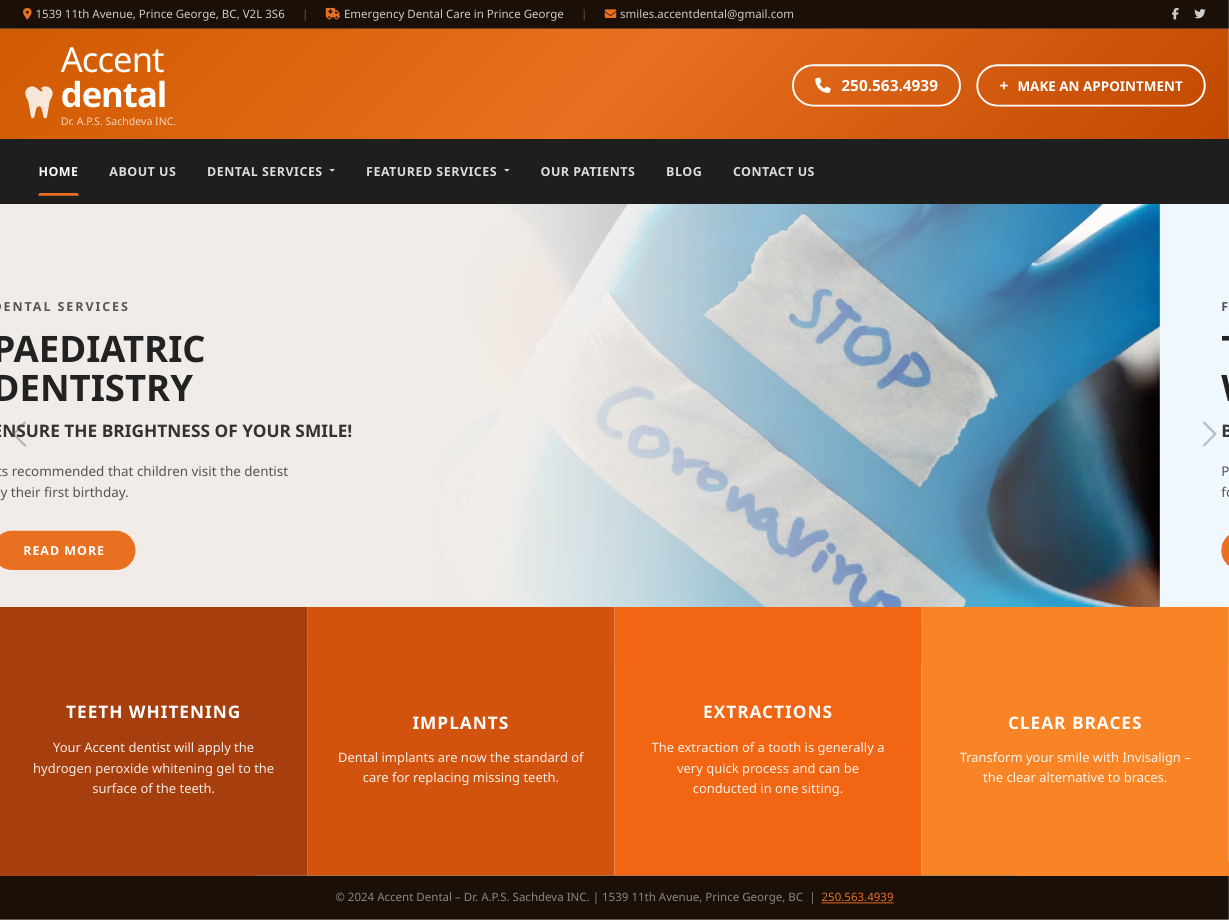
Repository: LaavKush/Dentofy
Page: index.html
These files come from the project's save history. The page is drawn as it stood at one moment and after a run of saves; the edit follows.
The browser window is 1280 px wide. The pictures show the whole page, at 96% of full size.

Above is the page before, as saved 2026-06-27 22:19:39.

### index.html
<!DOCTYPE html>
<html lang="en">
<head>
  <meta charset="UTF-8" />
  <meta name="viewport" content="width=device-width, initial-scale=1.0"/>
  <title>Accent Dental – Dr. A.P.S. Sachdeva INC.</title>
  <link rel="stylesheet" href="https://cdnjs.cloudflare.com/ajax/libs/bootstrap/5.3.2/css/bootstrap.min.css"/>
  <link rel="stylesheet" href="https://cdnjs.cloudflare.com/ajax/libs/font-awesome/6.5.0/css/all.min.css"/>
  <link rel="stylesheet" href="assets/css/style.css">
</head>
<body>

<!-- ══════════ TOP BAR ══════════ -->
<div class="top-bar">
  <div class="container-fluid px-3 px-md-4">
    <div class="d-flex align-items-center justify-content-between flex-wrap gap-2">
      <div class="d-flex align-items-center gap-1 flex-wrap">
        <i class="fas fa-location-dot" style="color:#e87020"></i>
        <span>1539 11th Avenue, Prince George, BC, V2L 3S6</span>
        <span class="sep d-none d-md-inline">|</span>
        <i class="fas fa-ambulance d-none d-md-inline" style="color:#e87020"></i>
        <span class="d-none d-md-inline">Emergency Dental Care in Prince George</span>
        <span class="sep d-none d-md-inline">|</span>
        <i class="fas fa-envelope d-none d-md-inline" style="color:#e87020"></i>
        <span class="d-none d-md-inline">smiles.accentdental@gmail.com</span>
      </div>
      <div class="d-flex gap-3">
        <a href="#"><i class="fab fa-facebook-f"></i></a>
        <a href="#"><i class="fab fa-twitter"></i></a>
      </div>
    </div>
  </div>
</div>

<!-- ══════════ MAIN HEADER ══════════ -->
<header class="main-header">
  <div class="container-fluid px-3 px-md-4">
    <div class="d-flex align-items-center justify-content-between flex-wrap gap-3">
      <!-- Logo -->
      <div class="logo-wrap">
        <div class="logo-icon"><i class="fas fa-tooth"></i></div>
        <div>
          <div class="logo-text"><span>Accent</span><br>dental</div>
          <div class="logo-subtitle">Dr. A.P.S. Sachdeva INC.</div>
        </div>
      </div>
      <!-- CTA buttons -->
      <div class="d-flex align-items-center gap-3 flex-wrap">
        <a href="tel:2505634939" class="btn btn-phone"><i class="fas fa-phone"></i> 250.563.4939</a>
        <a href="#" class="btn btn-appt"><span style="font-size:16px;margin-right:6px">+</span> MAKE AN APPOINTMENT</a>
      </div>
    </div>
  </div>
</header>

<!-- ══════════ NAVBAR ══════════ -->
<nav class="main-nav navbar navbar-expand-lg">
  <div class="container-fluid px-3 px-md-4">
    <button class="navbar-toggler" type="button"
      data-bs-toggle="collapse" data-bs-target="#mainMenu"
      aria-controls="mainMenu" aria-expanded="false" aria-label="Toggle navigation">
      <span class="navbar-toggler-icon"></span>
    </button>
    <div class="collapse navbar-collapse" id="mainMenu">
      <ul class="navbar-nav me-auto">
        <li class="nav-item active">
          <a class="nav-link active" href="#">HOME</a>
        </li>
        <li class="nav-item">
          <a class="nav-link" href="#">ABOUT US</a>
        </li>
        <!-- Dental Services dropdown -->
        <li class="nav-item dropdown">
          <a class="nav-link dropdown-toggle" href="#" role="button"
            data-bs-toggle="dropdown" aria-expanded="false">
            DENTAL SERVICES
          </a>
          <ul class="dropdown-menu">
            <li><a class="dropdown-item" href="#">Cleaning & Prevention</a></li>
            <li><a class="dropdown-item" href="#">Restorative Dentistry</a></li>
            <li><a class="dropdown-item" href="#">Cosmetic Dentistry</a></li>
            <li><a class="dropdown-item" href="#">Paediatric Dentistry</a></li>
            <li><a class="dropdown-item" href="#">Periodontal Treatment</a></li>
            <li><a class="dropdown-item" href="#">Oral Surgery</a></li>
            <li><a class="dropdown-item" href="#">Dental Emergencies</a></li>
          </ul>
        </li>
        <!-- Featured Services dropdown -->
        <li class="nav-item dropdown">
          <a class="nav-link dropdown-toggle" href="#" role="button"
            data-bs-toggle="dropdown" aria-expanded="false">
            FEATURED SERVICES
          </a>
          <ul class="dropdown-menu">
            <li><a class="dropdown-item" href="#">3DNG PMMA NIGHTGUARD</a></li>
            <li><a class="dropdown-item" href="#">Teeth Whitening</a></li>
            <li><a class="dropdown-item" href="#">Dental Diamonds</a></li>
            <li><a class="dropdown-item" href="#">Dental Implants</a></li>
            <li><a class="dropdown-item" href="#">Laser Dentistry</a></li>
            <li><a class="dropdown-item" href="#">Veneers</a></li>
            <li><a class="dropdown-item" href="#">Clear Braces</a></li>
            <li><a class="dropdown-item" href="#">BOTOX® Cosmetic Dentistry</a></li>
            <li><a class="dropdown-item" href="#">TMD, Headaches, and Chronic Head &amp; Neck Pain</a></li>
            <li><a class="dropdown-item" href="#">3D Imaging</a></li>
            <li><a class="dropdown-item" href="#">Anesthetic Reversal</a></li>
            <li><a class="dropdown-item" href="#">Diagnodent</a></li>
            <li><a class="dropdown-item" href="#">Invisalign</a></li>
            <li><a class="dropdown-item" href="#">Digital X-rays</a></li>
            <li><a class="dropdown-item" href="#">Sealants</a></li>
          </ul>
        </li>
        <li class="nav-item">
          <a class="nav-link" href="#">OUR PATIENTS</a>
        </li>
        <li class="nav-item">
          <a class="nav-link" href="#">BLOG</a>
        </li>
        <li class="nav-item">
          <a class="nav-link" href="#">CONTACT US</a>
        </li>
      </ul>
    </div>
  </div>
</nav>

<!-- ══════════ HERO SLIDER ══════════ -->
<div id="heroSlider" class="carousel slide" data-bs-ride="carousel" data-bs-interval="5000">
  <!-- Indicators -->
  <div class="carousel-indicators">
    <button type="button" data-bs-target="#heroSlider" data-bs-slide-to="0" class="active"></button>
    <button type="button" data-bs-target="#heroSlider" data-bs-slide-to="1"></button>
    <button type="button" data-bs-target="#heroSlider" data-bs-slide-to="2"></button>
    <button type="button" data-bs-target="#heroSlider" data-bs-slide-to="3"></button>
  </div>

  <div class="carousel-inner">
    <!-- Slide 1 – Paediatric Dentistry -->
    <div class="carousel-item active">
      <div class="slide-item" style="background-image: url('assets/images/slide_01.jpg'); background-size: cover; background-position: center;">
        <div style="position:absolute;inset:0;background:linear-gradient(to right,rgba(240,235,230,.97) 40%,rgba(240,235,230,.5) 65%,transparent 100%);z-index:1;"></div>
        <div class="slide-content">
          <div class="slide-eyebrow">Dental Services</div>
          <div class="slide-title">PAEDIATRIC<br>DENTISTRY</div>
          <div class="slide-subtitle">Ensure the Brightness of Your Smile!</div>
          <p class="slide-desc">Its recommended that children visit the dentist<br>by their first birthday.</p>
          <a href="#" class="btn-read-more">READ MORE</a>
        </div>
      </div>
    </div>

    <!-- Slide 2 – Teeth Whitening -->
    <div class="carousel-item">
      <div class="slide-item" style="background-image: url('assets/images/slide_02.jpg'); background-size: cover; background-position: center;">
        <div style="position:absolute;inset:0;background:linear-gradient(to right,rgba(240,248,255,.97) 40%,rgba(240,248,255,.5) 65%,transparent 100%);z-index:1;"></div>
        <div class="slide-content">
          <div class="slide-eyebrow">Featured Services</div>
          <div class="slide-title">TEETH<br>WHITENING</div>
          <div class="slide-subtitle">Brighten Your Smile Today!</div>
          <p class="slide-desc">Professional teeth whitening treatments<br>for a radiant, confident smile.</p>
          <a href="#" class="btn-read-more">READ MORE</a>
        </div>
      </div>
    </div>

    <!-- Slide 3 – Dental Implants -->
    <div class="carousel-item">
      <div class="slide-item" style="background-image: url('assets/images/slide_03.jpg'); background-size: cover; background-position: center;">
        <div style="position:absolute;inset:0;background:linear-gradient(to right,rgba(240,245,238,.97) 40%,rgba(240,245,238,.5) 65%,transparent 100%);z-index:1;"></div>
        <div class="slide-content">
          <div class="slide-eyebrow">Advanced Care</div>
          <div class="slide-title">DENTAL<br>IMPLANTS</div>
          <div class="slide-subtitle">Restore Your Natural Smile!</div>
          <p class="slide-desc">State-of-the-art dental implants that look,<br>feel, and function like natural teeth.</p>
          <a href="#" class="btn-read-more">READ MORE</a>
        </div>
      </div>
    </div>

    <!-- Slide 4 – Invisalign -->
    <div class="carousel-item">
      <!-- Using slide_01.jpg here as a placeholder since you have 3 image files -->
      <div class="slide-item" style="background-image: url('assets/images/slide_01.jpg'); background-size: cover; background-position: center;">
        <div style="position:absolute;inset:0;background:linear-gradient(to right,rgba(255,245,235,.97) 40%,rgba(255,245,235,.5) 65%,transparent 100%);z-index:1;"></div>
        <div class="slide-content">
          <div class="slide-eyebrow">Cosmetic Dentistry</div>
          <div class="slide-title">INVISALIGN<br>CLEAR BRACES</div>
          <div class="slide-subtitle">Straighten Teeth Invisibly!</div>
          <p class="slide-desc">Achieve your perfect smile with virtually<br>invisible, comfortable aligners.</p>
          <a href="#" class="btn-read-more">READ MORE</a>
        </div>
      </div>
    </div>
  </div>

  <!-- Controls -->
  <button class="carousel-control-prev" type="button" data-bs-target="#heroSlider" data-bs-slide="prev">
    <span class="carousel-control-prev-icon"></span>
  </button>
  <button class="carousel-control-next" type="button" data-bs-target="#heroSlider" data-bs-slide="next">
    <span class="carousel-control-next-icon"></span>
  </button>
</div>
<!-- ══════════ SERVICES SECTION ══════════ -->
<section class="feature-cards-section">
  <div class="container-fluid p-0">
    <div class="row g-0 align-items-stretch">

      <div class="col-xl-3 col-md-6">
        <div class="feature-card card-dark-orange">
          <div class="card-icon">
            <i class="bi bi-brightness-high"></i>
          </div>
          <h3 class="card-title">TEETH WHITENING</h3>
          <p class="card-desc">Your Accent dentist will apply the hydrogen peroxide whitening gel to the surface of the teeth.</p>
        </div>
      </div>

      <div class="col-xl-3 col-md-6">
        <div class="feature-card card-medium-orange">
          <div class="card-icon">
            <i class="bi bi-capsule"></i>
          </div>
          <h3 class="card-title">IMPLANTS</h3>
          <p class="card-desc">Dental implants are now the standard of care for replacing missing teeth.</p>
        </div>
      </div>

      <div class="col-xl-3 col-md-6">
        <div class="feature-card card-bright-orange card-pop">
          <div class="card-icon">
            <i class="bi bi-scissors"></i>
          </div>
          <h3 class="card-title">EXTRACTIONS</h3>
          <p class="card-desc">The extraction of a tooth is generally a very quick process and can be conducted in one sitting.</p>
        </div>
      </div>

      <div class="col-xl-3 col-md-6">
        <div class="feature-card card-light-orange">
          <div class="card-icon">
            <i class="bi bi-shield-check"></i>
          </div>
          <h3 class="card-title">CLEAR BRACES</h3>
          <p class="card-desc">Transform your smile with Invisalign – the clear alternative to braces.</p>
        </div>
      </div>

    </div>
  </div>
</section>

<!-- ══════════ FOOTER STRIP ══════════ -->
<footer class="footer-strip">
  © 2024 Accent Dental – Dr. A.P.S. Sachdeva INC. | 1539 11th Avenue, Prince George, BC &nbsp;|&nbsp;
  <a href="tel:2505634939" style="color:#e87020">250.563.4939</a>
</footer>

<script src="https://cdnjs.cloudflare.com/ajax/libs/bootstrap/5.3.2/js/bootstrap.bundle.min.js"></script>
</body>
</html>

### assets/css/style.css
 * { margin: 0; padding: 0; box-sizing: border-box; }
    body { font-family: 'Segoe UI', Arial, sans-serif; }

    /* ── TOP BAR ── */
    .top-bar {
      background: #1a1008;
      color: #ccc;
      font-size: 12px;
      padding: 6px 0;
    }
    .top-bar a { color: #ccc; text-decoration: none; }
    .top-bar a:hover { color: #fff; }
    .top-bar .sep { margin: 0 14px; opacity: .4; }

    /* ── HEADER ── */
    .main-header {
      background: linear-gradient(135deg, #d05a00 0%, #e87020 50%, #c04800 100%);
      padding: 14px 0 10px;
    }
    .logo-wrap { display: flex; align-items: flex-end; gap: 6px; }
    .logo-text { font-size: 36px; font-weight: 700; color: #fff; letter-spacing: -1px; line-height: 1; }
    .logo-text span { font-weight: 300; }
    .logo-subtitle { font-size: 11px; color: rgba(255,255,255,.75); margin-top: 2px; }
    .logo-icon { font-size: 38px; color: #fff; opacity: .85; }
    .btn-phone {
      border: 2px solid #fff;
      color: #fff;
      background: transparent;
      border-radius: 30px;
      padding: 8px 22px;
      font-size: 16px;
      font-weight: 600;
      white-space: nowrap;
    }
    .btn-phone i { margin-right: 7px; }
    .btn-phone:hover { background: #fff; color: #d05a00; }
    .btn-appt {
      background: transparent;
      border: 2px solid #fff;
      color: #fff;
      border-radius: 30px;
      padding: 8px 22px;
      font-size: 14px;
      font-weight: 600;
      white-space: nowrap;
    }
    .btn-appt:hover { background: #fff; color: #d05a00; }

    /* ── NAVBAR ── */
.main-nav {
  background: #1e1e1e;
  position: sticky;
  top: 0;
  z-index: 999;
}
.main-nav .navbar-nav .nav-link {
  color: #ddd !important;
  font-size: 13px;
  font-weight: 600;
  letter-spacing: .5px;
  text-transform: uppercase;
  padding: 16px 16px !important;
  position: relative;
}
.main-nav .navbar-nav .nav-link:hover,
.main-nav .navbar-nav .nav-link.active {
  color: #fff !important;
}
.main-nav .navbar-nav .nav-item.active > .nav-link::after {
  content: '';
  position: absolute;
  bottom: 0; left: 16px; right: 16px;
  height: 3px;
  background: #e87020;
  border-radius: 2px 2px 0 0;
}

/* ── DROPDOWN HOVER EFFECT ── */
/* Targets desktop screens to display the dropdown automatically on hover */
@media (min-width: 992px) {
  .main-nav .navbar-nav .nav-item.dropdown:hover > .dropdown-menu {
    display: block;
    opacity: 1;
    visibility: visible;
    margin-top: 0; /* Ensures smooth transition with no blank gaps */
  }
}

/* dropdown styles */
.main-nav .dropdown-menu {
  background: #e87020;
  border: none;
  border-radius: 0;
  padding: 10px 0;
  min-width: 280px;
  margin-top: 0;
}
.main-nav .dropdown-item {
  color: #fff;
  font-size: 13.5px;
  padding: 8px 24px;
}
.main-nav .dropdown-item:hover {
  background: rgba(0,0,0,.15);
  color: #fff;
}
.main-nav .dropdown-item::before {
  content: '• ';
  margin-right: 4px;
}
.navbar-toggler {
  border-color: rgba(255,255,255,.5);
}
.navbar-toggler-icon {
  filter: invert(1);
}

    /* ── SLIDER ── */
    #heroSlider { position: relative; }
    .slide-item {
      height: 480px;
      position: relative;
      overflow: hidden;
    }
    .slide-bg {
      width: 100%; height: 100%;
      object-fit: cover;
      object-position: center top;
    }
    /* gradient overlay on left side */
    .slide-item::before {
      content: '';
      position: absolute; inset: 0;
      background: linear-gradient(to right, rgba(255,255,255,.92) 38%, rgba(255,255,255,.3) 65%, transparent 100%);
      z-index: 1;
    }
    .slide-content {
      position: absolute;
      top: 50%; left: 5%;
      transform: translateY(-50%);
      z-index: 2;
      max-width: 480px;
    }
    .slide-eyebrow {
      font-size: 13px;
      font-weight: 600;
      letter-spacing: 2px;
      text-transform: uppercase;
      color: #555;
      margin-bottom: 12px;
    }
    .slide-title {
      font-size: 38px;
      font-weight: 900;
      color: #222;
      line-height: 1.1;
      margin-bottom: 10px;
    }
    .slide-subtitle {
      font-size: 18px;
      font-weight: 600;
      color: #333;
      text-transform: uppercase;
      margin-bottom: 18px;
    }
    .slide-desc {
      font-size: 14px;
      color: #555;
      margin-bottom: 28px;
      line-height: 1.6;
    }
    .btn-read-more {
      background: #e87020;
      color: #fff;
      border: none;
      border-radius: 30px;
      padding: 11px 32px;
      font-size: 13px;
      font-weight: 700;
      letter-spacing: 1px;
      text-transform: uppercase;
      text-decoration: none;
      display: inline-block;
    }
    .btn-read-more:hover { background: #c05a00; color: #fff; }

    /* carousel indicators custom */
    #heroSlider .carousel-indicators {
      bottom: 18px;
      justify-content: flex-start;
      left: 5%;
      margin: 0;
    }
    #heroSlider .carousel-indicators [data-bs-target] {
      width: 12px; height: 12px;
      border-radius: 50%;
      border: 2px solid #888;
      background: transparent;
      opacity: 1;
    }
    #heroSlider .carousel-indicators .active {
      background: #888;
    }

    /* carousel controls */
    .carousel-control-prev, .carousel-control-next {
      width: 40px;
    }
    .carousel-control-prev-icon,
    .carousel-control-next-icon {
      filter: invert(0) sepia(1) saturate(0) brightness(.4);
    }

    /* ── PLACEHOLDER images using CSS gradients ── */
    .slide-img-1 {
      background: linear-gradient(120deg, #e8d5c0 0%, #f5e8da 40%, #faf0e8 60%, #e8c8b0 100%);
    }
    .slide-img-2 {
      background: linear-gradient(120deg, #dce8f0 0%, #eaf4fa 50%, #d0e0ea 100%);
    }
    .slide-img-3 {
      background: linear-gradient(120deg, #e0ead8 0%, #f0f5ec 50%, #d8e8d0 100%);
    }
    /* Tooth/smile graphic for slide 1 */
    .smile-graphic {
      position: absolute;
      right: 0; top: 0; bottom: 0;
      width: 55%;
      background: linear-gradient(130deg, #fce8d8 0%, #f9dbc8 30%, #f0c8a8 70%, #e8b898 100%);
      clip-path: ellipse(90% 100% at 90% 50%);
      z-index: 0;
      display: flex;
      align-items: center;
      justify-content: center;
      overflow: hidden;
    }
    .smile-graphic::after {
      content: '😁';
      font-size: 180px;
      opacity: .18;
      transform: scaleX(-1);
    }

    /* ── FOOTER strip (minimal) ── */
    .footer-strip {
      background: #1a1008;
      color: #888;
      font-size: 12px;
      text-align: center;
      padding: 14px;
    }

    /* ── SERVICES SECTION ── */
    .services-section { padding: 60px 0; background: #f8f8f8; }
    .services-section h2 { font-size: 28px; font-weight: 800; color: #222; margin-bottom: 8px; }
    .services-section .lead { color: #777; font-size: 14px; margin-bottom: 40px; }
    .service-card {
      background: #fff;
      border-radius: 4px;
      padding: 30px 20px;
      text-align: center;
      border-top: 4px solid #e87020;
      transition: box-shadow .2s;
      height: 100%;
    }
    .service-card:hover { box-shadow: 0 8px 24px rgba(0,0,0,.1); }
    .service-card i { font-size: 36px; color: #e87020; margin-bottom: 16px; }
    .service-card h5 { font-size: 15px; font-weight: 700; color: #222; margin-bottom: 10px; }
    .service-card p { font-size: 13px; color: #777; line-height: 1.6; }

    /* responsive */
    @media (max-width: 767px) {
      .slide-item { height: 360px; }
      .slide-title { font-size: 26px; }
      .slide-subtitle { font-size: 14px; }
      .main-nav .dropdown-menu { background: #333; }
      .smile-graphic { width: 45%; }
    }
    @media (max-width: 575px) {
      .top-bar .d-flex { flex-wrap: wrap; gap: 4px; }
      .slide-item { height: 300px; }
      .slide-content { left: 4%; }
      .slide-title { font-size: 22px; }
    }

    /* ── FEATURE CARDS ── */
.feature-cards-section {
  position: relative;
  z-index: 10;
}

/* Base Card Styles */
.feature-card {
  padding: 50px 30px;
  text-align: center;
  color: #ffffff;
  min-height: 280px;
  display: flex;
  flex-direction: column;
  justify-content: center;
  align-items: center;
  /* Smooth transition for when the mouse enters AND leaves the card */
  transition: transform 0.3s cubic-bezier(0.25, 1, 0.5, 1), box-shadow 0.3s ease;
  position: relative;
  z-index: 1;
}

/* ── THE DANGLING HOVER EFFECT ── */
/* Pushes the individual card DOWNWARDS when hovered */
.feature-card:hover {
  transform: translateY(35px);
  box-shadow: 0 15px 30px rgba(0, 0, 0, 0.3);
  z-index: 5; /* Brings hovered card to front layer */
}

/* Card Icons */
.card-icon {
  font-size: 45px;
  margin-bottom: 20px;
  line-height: 1;
}

/* Typography Layout */
.feature-card .card-title {
  font-size: 18px;
  font-weight: 700;
  letter-spacing: 1px;
  margin-bottom: 15px;
  text-transform: uppercase;
}
.feature-card .card-desc {
  font-size: 13.5px;
  line-height: 1.6;
  opacity: 0.9;
  margin-bottom: 0;
  max-width: 280px;
}

/* Exact Color Codes From Your Image Layout */
.card-dark-orange   { background-color: #a63f0d; }
.card-medium-orange { background-color: #d2530d; }
.card-bright-orange { background-color: #f26513; }
.card-light-orange  { background-color: #f98426; }

/* Desktop Overlap on Slider (Keeps them flat initially) */
@media (min-width: 1200px) {
  .feature-cards-section {
    margin-top: -60px; /* Pulls the entire row up cleanly over the slider */
  }
}

After the next 2 saves:
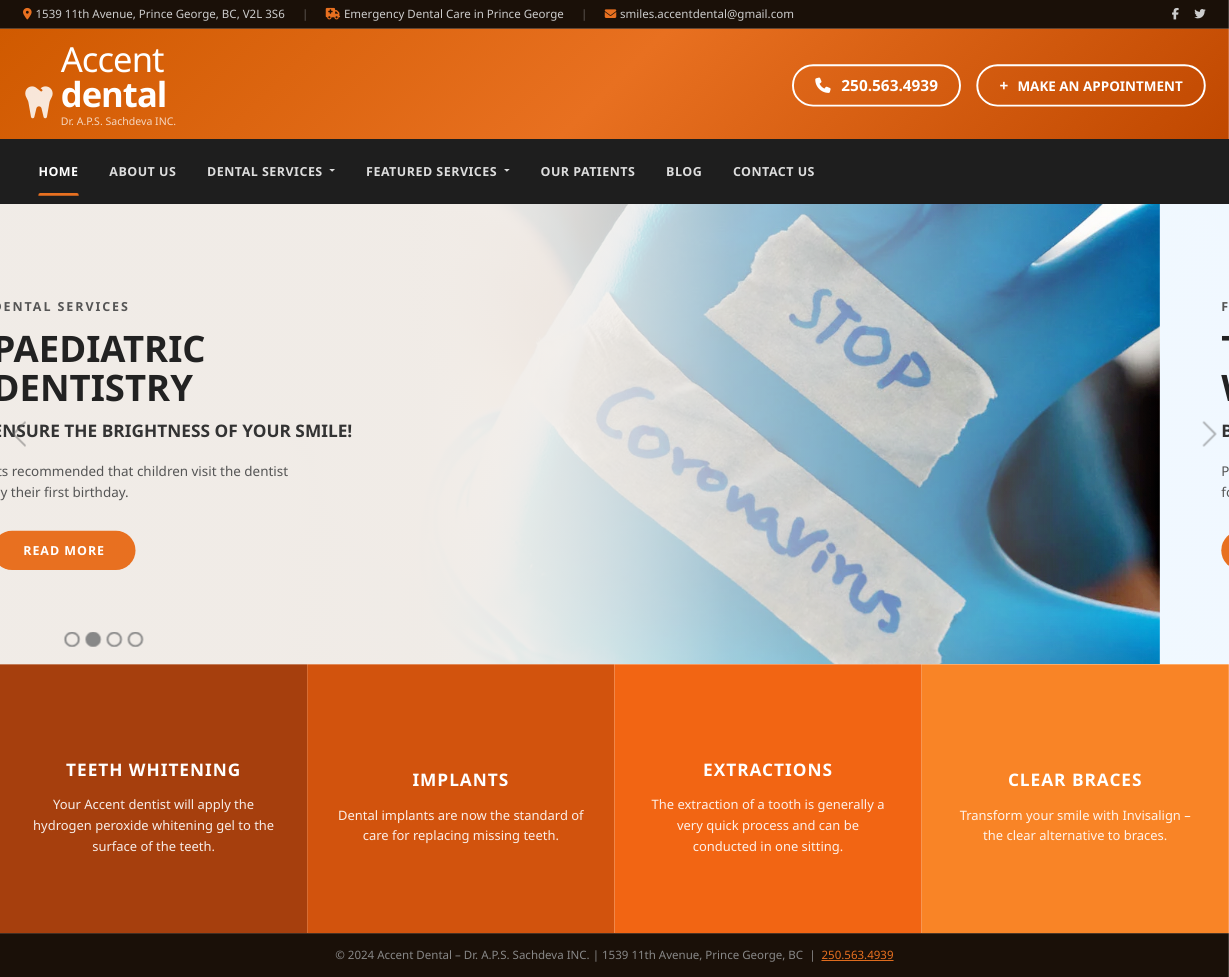
The 2 saves are shown as one change because they came seconds apart.
The last was saved 48 s later.
--- a/assets/css/style.css
+++ b/assets/css/style.css
@@ -348,3 +348,11 @@
     margin-top: -60px; /* Pulls the entire row up cleanly over the slider */
   }
 }
+
+@media (min-width: 1200px) {
+  .feature-cards-section {
+    margin-top: 0; /* Removes the overlap completely */
+    position: relative;
+    z-index: 10;
+  }
+}
